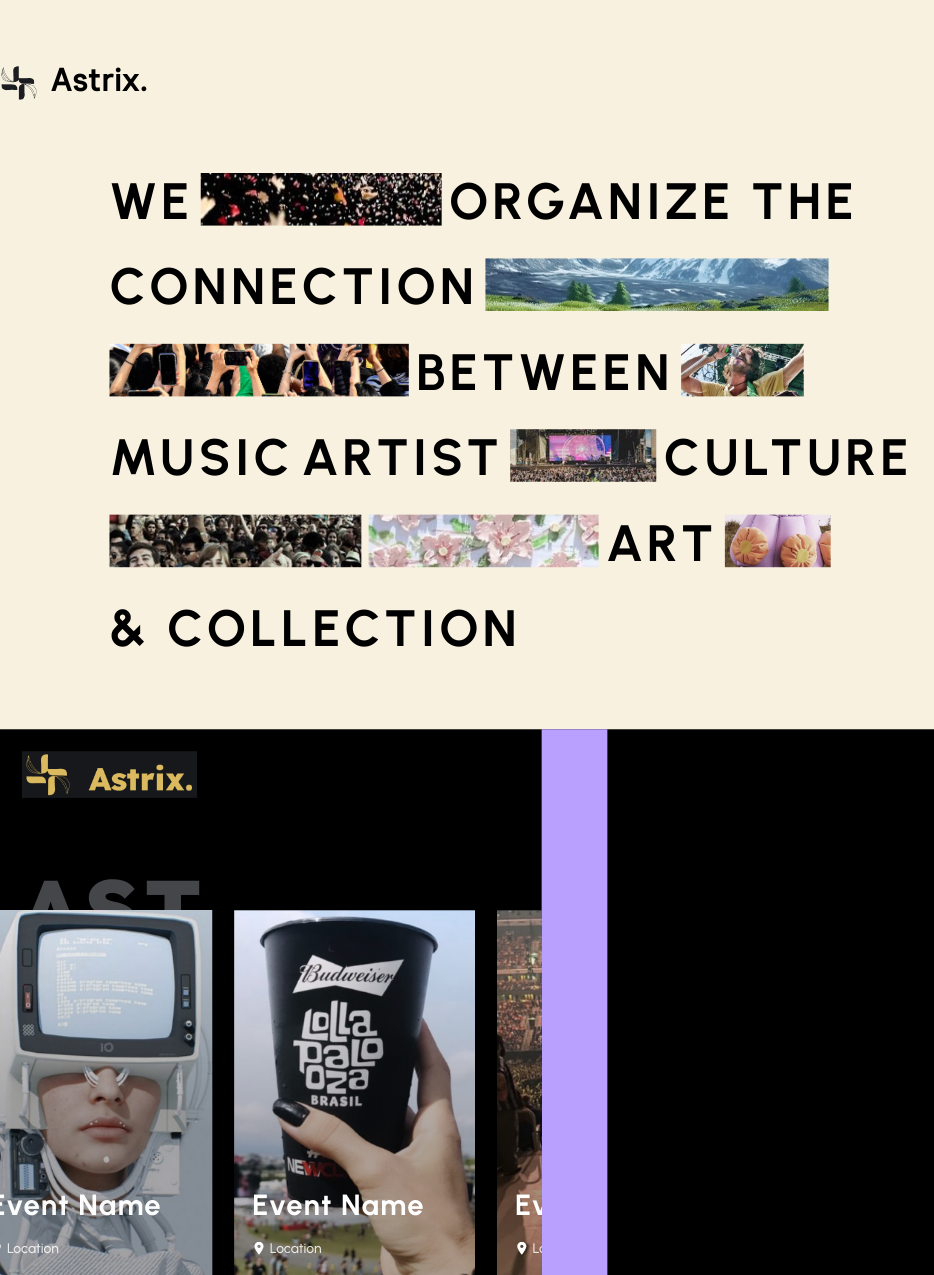
Repository: sharma171/astrix
Page: /
An editor plug-in stored every save of this project. The page is shown before and after the next save, followed by the edit.
The browser window is 1280 px wide. The pictures show the whole page, at 73% of full size.
The project was rebuilt for these pictures with package versions that can differ from the ones it lists, and the page was loaded fresh each time.

Above is the page before, as saved 2024-05-20 15:41:50.

After the next save:
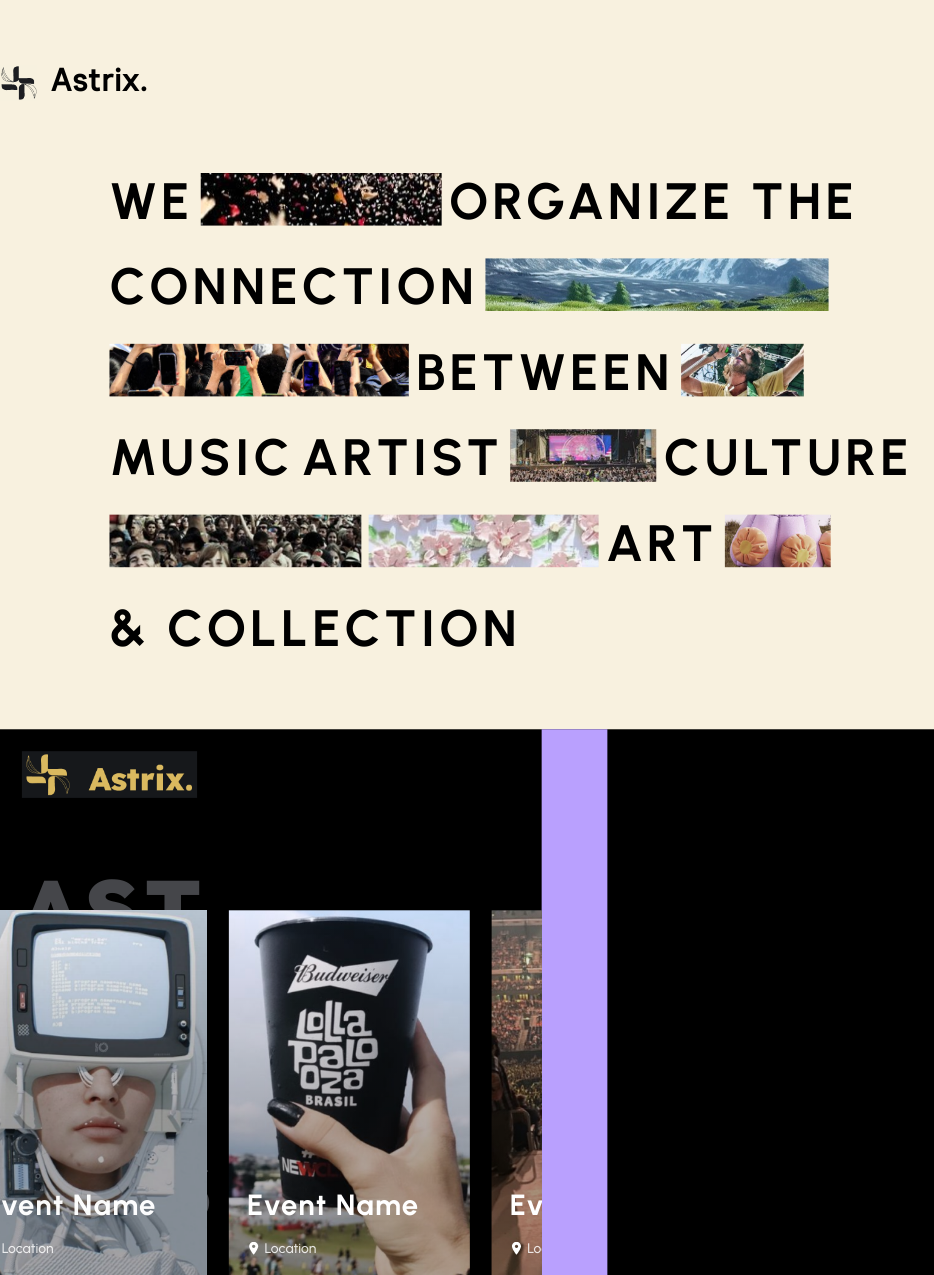
Saved 26 s later.
--- a/src/component/home.css
+++ b/src/component/home.css
@@ -105,10 +105,10 @@
     25% {
         transform: translate(-75%);
     }
-    43.5% {
+    28% {
         transform: translate(-190%);
     }
-    47.0% {
+    % {
         transform: translate(-184%);
     }
     67.0% {

After the save that followed:
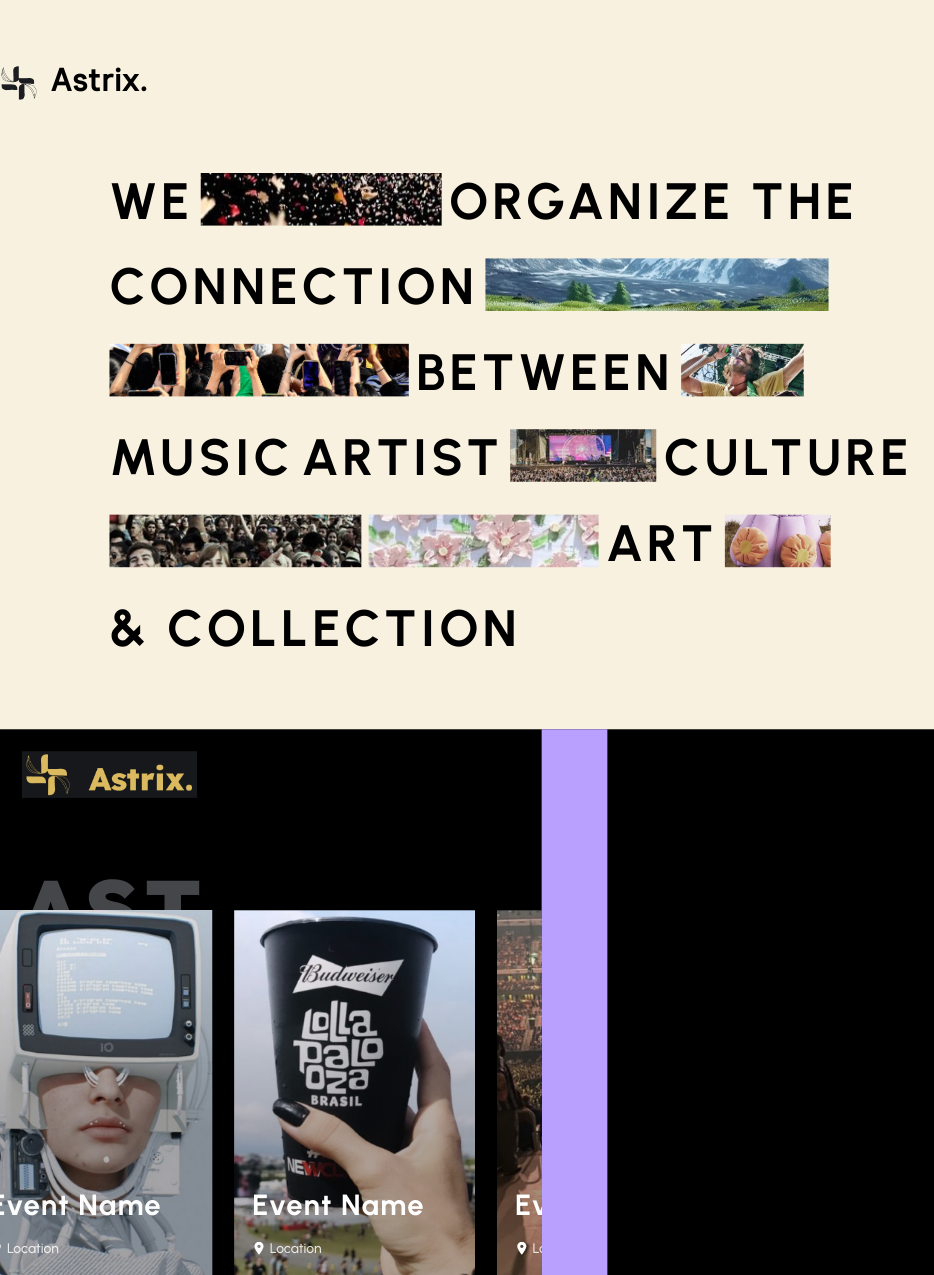
Saved 11 s later.
--- a/src/component/home.css
+++ b/src/component/home.css
@@ -105,10 +105,10 @@
     25% {
         transform: translate(-75%);
     }
-    28% {
+    27% {
         transform: translate(-190%);
     }
-    % {
+    30% {
         transform: translate(-184%);
     }
     67.0% {
